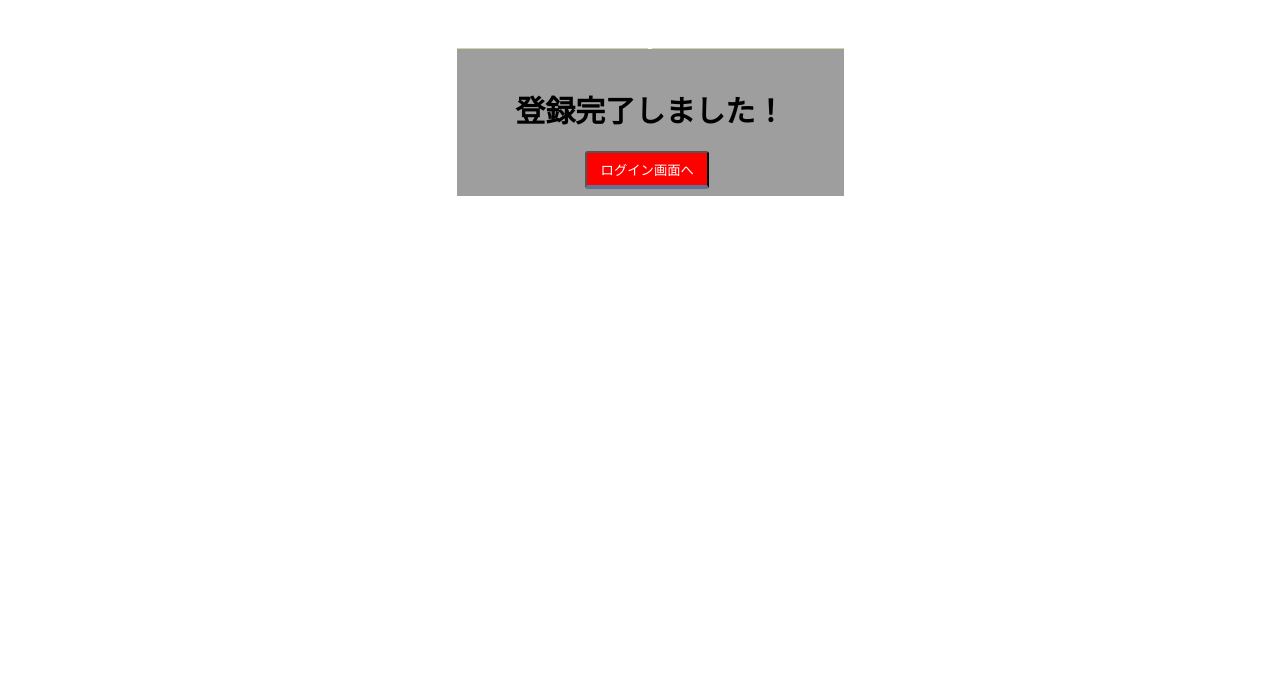
Repository: kawaguchi-mizuki/ntmc
Page: http://localhost/movie/addusercomp
These files come from the project's save history. The page is drawn as it stood at one moment and after the next save; the edit follows.
The browser window is 1280 px wide. The pictures show the whole page.
Pictures or frames that could not be fetched are drawn as grey boxes. The page is served by Tomcat 9. Other server files are loaded and not shown.

Above is the page before, as saved 2019-07-02 05:06:52.

### 開発/movie/movie/WebContent/WEB-INF/jsp/add_user_comp.jsp
<%@ page language="java" contentType="text/html; charset=UTF-8"
	pageEncoding="UTF-8"%>
<!DOCTYPE html>
<html>
<head>
<meta charset="UTF-8">
<title>会員登録完了</title>
<link href="css/unsub_comp.css" rel="stylesheet" type="text/css">
</head>
<body>
	<form class="cmxform" action="listview" method="GET">
		<fieldset>
			<legend></legend>

			<h1>登録完了しました！</h1>

			<input type="submit" value="ログイン画面へ" class="send" />

		</fieldset>

	</form>

</body>
</html>

### 開発/movie/movie/src/movie/controller/AddUserComp.java
package movie.controller;

import java.io.IOException;

import javax.servlet.RequestDispatcher;
import javax.servlet.ServletException;
import javax.servlet.annotation.WebServlet;
import javax.servlet.http.HttpServlet;
import javax.servlet.http.HttpServletRequest;
import javax.servlet.http.HttpServletResponse;


@WebServlet("/addusercomp")
public class AddUserComp extends HttpServlet {

	@Override
	protected void doGet(HttpServletRequest request, HttpServletResponse respons) throws ServletException, IOException {
		// TODO 自動生成されたメソッド・スタブ
		RequestDispatcher dispatcher = request.getRequestDispatcher("WEB-INF/jsp/add_user_comp.jsp");
		dispatcher.forward(request, respons);


	}

}

### 開発/movie/movie/WebContent/css/unsub_comp.css
@charset "UTF-8";

form.cmxform {
   margin: 3em auto;
  padding: 0 1em;
  max-width: 370px;
    font-size:11px;
    text-align: center;

}
form.cmxform fieldset {
    width:370px;
    border:0;
    border-top:1px solid #c9dca6;
    background:url(/content/img/css/cmxform-fieldset.gif) left bottom repeat-x;
}
form.cmxform legend {
    padding:1em 2px 0 2px;
    font-weight:bold;
    font-size:30px;
}
form.cmxform fieldset fieldset {
    border:none;
    background:none;
}
    form.cmxform fieldset fieldset legend {
        font-weight:normal;
        padding-left:0;
    }

form.cmxform .sr {
    position:absolute;
    left:-9999px; top:0;
    width:1px; height:1px;
    overflow:hidden;
}
.send{
	float:left;
	margin-left:120px;
	display: inline-block;
  padding: 0.5em 1em;
  text-decoration: none;
  background:red;
  color: #FFF;
  border-bottom: solid 4px #627295;
  border-radius: 3px;
}
.btn-square-shadow:active {
  /*ボタンを押したとき*/
  -webkit-transform: translateY(4px);
  transform: translateY(4px);/*下に動く*/
  box-shadow: 0px 0px 1px rgba(0, 0, 0, 0.2);/*影を小さく*/
  border-bottom: none;
}
h1{
	margin-top:20px;
	font-size:30px;
}

After the next save:
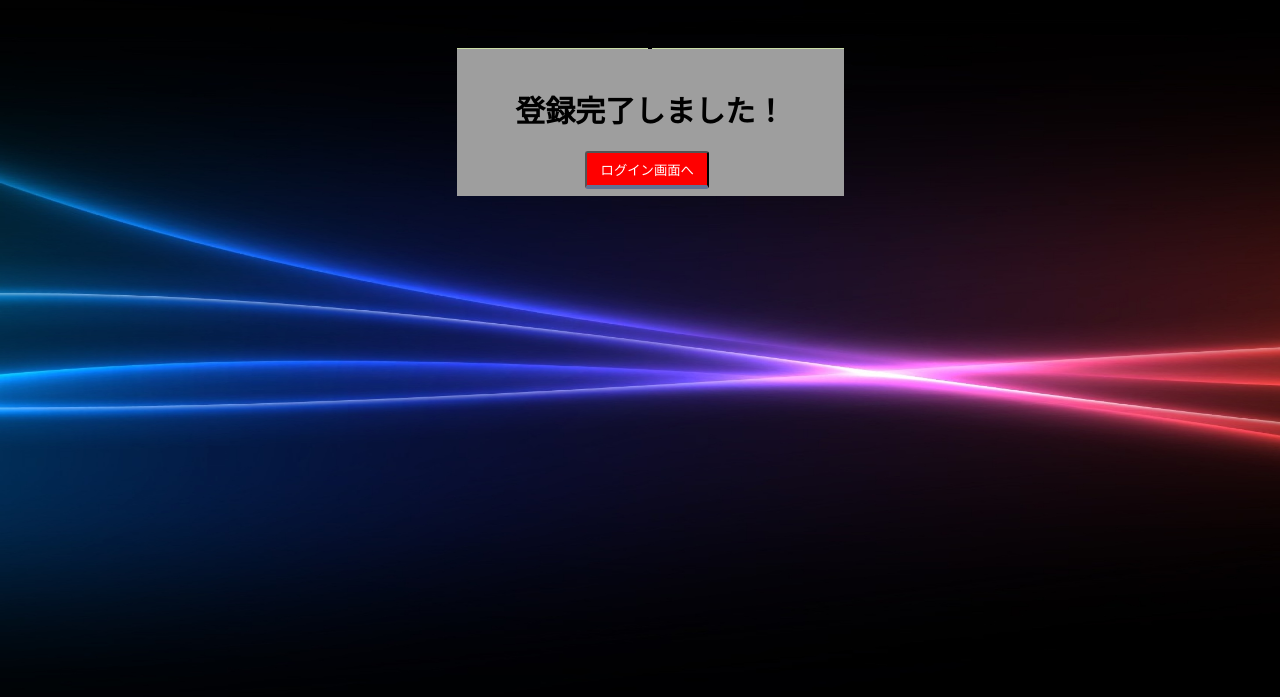
Saved 92 s later.
--- a/開発/movie/movie/WebContent/css/unsub_comp.css
+++ b/開発/movie/movie/WebContent/css/unsub_comp.css
@@ -18,6 +18,7 @@ form.cmxform legend {
     padding:1em 2px 0 2px;
     font-weight:bold;
     font-size:30px;
+    color:white;
 }
 form.cmxform fieldset fieldset {
     border:none;
@@ -56,3 +57,9 @@ h1{
 	margin-top:20px;
 	font-size:30px;
 }
+body{
+	background-image:url("../img/background.jpg");
+	background-size:1800px 700px ;
+	background-weight:700px;
+
+}
